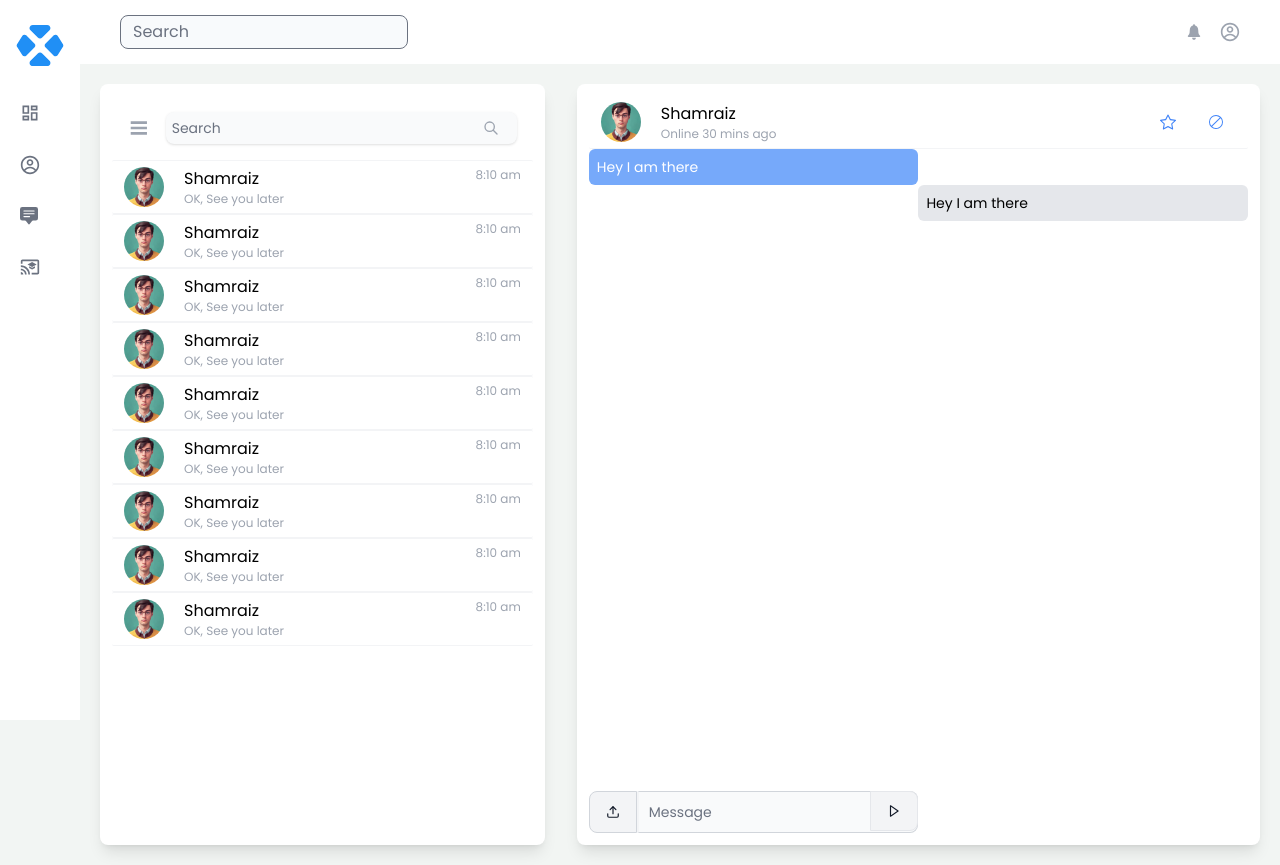
Repository: Shamraiz761/Frontend-Assessment
Page: /chat
An editor plug-in stored every save of this project. The page is shown before and after the next save, followed by the edit.
The browser window is 1280 px wide. The pictures show the whole page.
The project was rebuilt for these pictures with package versions that can differ from the ones it lists, and the page was loaded fresh each time. Also part of the build but not shown: vite.config.js, src/routes/root.jsx, src/pages/orders/index.jsx, src/pages/submission/index.jsx, src/pages/admin/index.css, src/components/admin/card.jsx, src/components/admin/addCard.jsx, src/pages/admin/index.jsx and 3 more. Imported but missing from the stored project, and not drawn on this page: src/pages/auth/login, src/pages/tasks, src/routes/profileLayout.

Above is the page before, as saved 2023-06-16 11:52:25.

### src/main.jsx
import ReactDOM from 'react-dom/client'

import React from 'react'

import App from './App.jsx'
import './index.css'

ReactDOM.createRoot(document.getElementById('root')).render(
  <React.StrictMode>
    <App />
  </React.StrictMode>,
)

### src/App.jsx
import React from 'react'
import { DndProvider } from 'react-dnd'
import { HTML5Backend } from 'react-dnd-html5-backend'
import 'flowbite'

import AppRoutes from './routes'

export default function App() {
  return (
    <DndProvider backend={HTML5Backend}>
      <AppRoutes />
    </DndProvider>
  )
}

### src/index.css
@import url("https://fonts.googleapis.com/css2?family=Poppins:wght@400;500;600;700;800;900&display=swap");

@tailwind base;
@tailwind components;
@tailwind utilities;

* {
  margin: 0;
  padding: 0;
}

body {
  margin: 0;
  font-family: "Poppins", -apple-system, BlinkMacSystemFont, "Segoe UI",
    "Roboto", "Oxygen", "Ubuntu", "Cantarell", "Fira Sans", "Droid Sans",
    "Helvetica Neue", sans-serif;
  -webkit-font-smoothing: antialiased;
  -moz-osx-font-smoothing: grayscale;
  width: 100vw;
  overflow-x: hidden;
  background-color: #f2f5f3;
  /* background: linear-gradient(180deg, #faefe8 0%, #edc7ac 100%); */
}

code {
  font-family: source-code-pro, Menlo, Monaco, Consolas, "Courier New",
    monospace;
}

.pointer-cursor {
  cursor: pointer;
}

.cusBorder {
  border: 1px solid #000;
  border-radius: 5px;
}

img {
  cursor: pointer;
}
.errors {
  color: #dc3545;
  padding: 0;
  margin: 0;
  font-size: 12px;
}
.loader {
  position: fixed;
  top: 0;
  bottom: 0;
  left: 0;
  right: 0;
  background-color: rgba(47, 151, 161, 0.32);

  display: flex;
  justify-content: center;
  align-items: center;
}

.link {
  color: #000;
  cursor: pointer;
  text-decoration: none;
}
.link:hover {
  color: #000;
}

.trans-btn {
  background-color: transparent;
  border: none;
}
.profile-logout-btn {
  border: 0;
}
.profile-logout-btn:hover {
  border: 0;
}
.profile-btn {
  border-radius: 0;
  border: 0;
}
.logout-btn {
  border-radius: 0;
  border: 0;
}
.logout-btn:hover {
  background-color: rgba(220, 53, 69, 0.5);
  border: 0;
  color: #fff;
}
.breadcrumbs ul {
  list-style: none;
  display: inline-block;
}

.breadcrumbs ul li {
  display: inline;
}

.breadcrumbs ul li .bc-link {
  /* display: block; */
  width: max-content;
  background-color: #f8f9fa;
  padding: 6px 15px 6px 25px;
  text-align: center;
  position: relative;
  margin: 0 10px 0 0;
  font-size: 15px;
  text-decoration: none;
  color: #000;
}
.breadcrumbs ul li .bc-link::after {
  content: "";
  border-top: 17px solid transparent;
  border-bottom: 17px solid transparent;
  border-left: 17px solid #f8f9fa;
  position: absolute;
  top: 0;
  right: -17px;
  z-index: 1;
}
.breadcrumbs ul li .bc-link::before {
  content: "";
  border-top: 17px solid transparent;
  border-bottom: 17px solid transparent;
  border-left: 17px solid #71cdd5;
  position: absolute;
  top: 0;
  left: 0;
}
.breadcrumbs ul li:first-child .bc-link {
  border-top-left-radius: 5px;
  border-bottom-left-radius: 5px;
}
.breadcrumbs ul li:first-child .bc-link::before {
  display: none;
}

.breadcrumbs ul li:last-child .bc-link {
  padding-right: 20px;
  border-top-right-radius: 5px;
  border-bottom-right-radius: 5px;
}
.breadcrumbs ul li:last-child .bc-link::after {
  display: none;
}

@media screen and (max-width: 500px) {
  .breadcrumbs ul li .bc-link {
    /* display: block; */
    padding: 2px 2px 2px 13px;
    /* margin: 0 10px 0 0; */
    font-size: 14px;
  }

  .breadcrumbs ul li .bc-link::after {
    content: "";
    border-top: 11.6px solid transparent;
    border-bottom: 11.6px solid transparent;
    border-left: 11.6px solid #f8f9fa;
    position: absolute;
    top: 0;
    right: -11.6px;
    z-index: 1;
  }
  .breadcrumbs ul li .bc-link::before {
    content: "";
    border-top: 11.6px solid transparent;
    border-bottom: 11.6px solid transparent;
    border-left: 11.6px solid #71cdd5;
    position: absolute;
    top: 0;
    left: 0;
  }
  .breadcrumbs ul li:last-child .bc-link {
    padding-right: 5px;
  }
}

@media screen and (max-width: 350px) {
  .breadcrumbs ul li .bc-link {
    /* display: block; */
    padding: 2px 2px 2px 12px;
    /* margin: 0 10px 0 0; */
    font-size: 10px;
  }

  .breadcrumbs ul li .bc-link::after {
    content: "";
    border-top: 9px solid transparent;
    border-bottom: 9px solid transparent;
    border-left: 9px solid #f8f9fa;
    position: absolute;
    top: 0;
    right: -9px;
    z-index: 1;
  }
  .breadcrumbs ul li .bc-link::before {
    content: "";
    border-top: 9px solid transparent;
    border-bottom: 9px solid transparent;
    border-left: 9px solid #edc7ac;
    position: absolute;
    top: 0;
    left: 0;
  }
  .breadcrumbs ul li:last-child .bc-link {
    padding-right: 5px;
  }
}

/* ********************************************** */

### src/routes/index.jsx
import {
  createBrowserRouter,
  createRoutesFromElements,
  RouterProvider,
  Route,
} from "react-router-dom";

import * as React from "react";

import Layout from "./layout";
import Root from "./root";

import Login from "../pages/auth/login";
import Chat from "../pages/chat";
import UserChat from "../components/chat/userChat";
import ProfileLayout from "./profileLayout";
import Tasks from "../pages/tasks";
import Orders from "../pages/orders";
import Submission from "../pages/submission";
import Admin from "../pages/admin";
import MarketPlace from "../pages/marketplace";
import View from "../pages/view";

export default function AppRoutes() {
  const router = createBrowserRouter(
    createRoutesFromElements(
      <Route>
        <Route path="/login" element={<Login />} />

        <Route element={<Layout />}>
          <Route path="/chat" element={<Chat />}>
            <Route path="userchat" element={<UserChat />} />
          </Route>
          <Route path="/marketplace" element={<MarketPlace />} />
          <Route path="/view" element={<View />} />

          <Route path={"/"} element={<ProfileLayout />}>
            {/* Add Task order payment submit route here */}
            <Route path="/admin" element={<Admin />} />
            <Route path="/" element={<Tasks />} />
            <Route path="/orders" element={<Orders />} />
            <Route path="/tasks" element={<Tasks />} />
            <Route path="/submission" element={<Submission />} />
          </Route>
        </Route>
      </Route>
    )
  );

  return <RouterProvider router={router} />;
}

### src/routes/layout.jsx
import { Link, Outlet, useNavigate } from "react-router-dom";
import { Gi3DGlasses } from "react-icons/gi";
import { CgProfile } from "react-icons/cg";
import { BsArrowLeft, BsFillChatSquareTextFill } from "react-icons/bs";
import { MdOutlineDashboard, MdOutlineCastForEducation } from "react-icons/md";
import "./index.css";

import React, { useState } from "react";
import Header from "../components/header/index";

export default function Layout() {
  const [open, setOpen] = useState(false);
  const [type, setType] = useState(false);
  const navigate = useNavigate();
  return (
    <div>
      <div
        className={`h-screen bg-white p-3 ${
          open ? "w-56" : "w-20"
        } fixed top-0 sidebar z-50`}
      >
        <div className="flex flex-row justify-center">
          <svg
            width="67"
            height="67"
            viewBox="0 0 67 67"
            fill="none"
            xmlns="http://www.w3.org/2000/svg"
            className={` text-4xl block float-left cursor-pointer rounded transition duration-500 ${
              !open && "rotate-[360deg]"
            }`}
            onClick={() => {
              setOpen(!open);
              setType(false);
            }}
          >
            <path
              d="M22.138 15.2984L30.8759 24.0363C32.3276 25.488 34.7005 25.488 36.1522 24.0363L44.8901 15.2984C47.2351 12.9534 45.588 8.90552 42.238 8.90552H24.7622C21.4401 8.90552 19.7651 12.9534 22.138 15.2984Z"
              fill="#208FF5"
            />
            <path
              d="M22.138 51.7017L30.8759 42.9637C32.3276 41.5121 34.7005 41.5121 36.1522 42.9637L44.8901 51.7017C47.2351 54.0467 45.588 58.0946 42.238 58.0946H24.7622C21.4401 58.0946 19.7651 54.0467 22.138 51.7017Z"
              fill="#208FF5"
            />
            <path
              d="M6.03002 31.9088L12.423 21.8588C13.428 20.2676 15.6614 20.0163 17.0014 21.3563L27.0514 31.4063C28.1959 32.5509 28.1959 34.4213 27.0514 35.5659L17.0014 45.6159C15.6614 46.9559 13.456 46.7047 12.423 45.1134L6.03002 35.0634C5.44377 34.1142 5.44377 32.8859 6.03002 31.9088Z"
              fill="#208FF5"
            />
            <path
              d="M60.9701 31.9088L54.5771 21.8588C53.5721 20.2676 51.3387 20.0163 49.9987 21.3563L39.9488 31.4063C38.8042 32.5509 38.8042 34.4213 39.9488 35.5659L49.9987 45.6159C51.3387 46.9559 53.5442 46.7047 54.5771 45.1134L60.9701 35.0634C61.5563 34.1142 61.5563 32.8859 60.9701 31.9088Z"
              fill="#208FF5"
            />
          </svg>
        </div>

        {/* Search */}

        <ul className="pt-2">
          {/* Dashboard */}
          <Link
            to="/marketplace"
            className={` rounded-md text-gray-500  text-xs flex items-center gap-x-4 cursor-pointer hover:bg-gray-50 hover:text-blue-500 py-4 p-2`}
          >
            <span className="text-xl block float-left">
              <MdOutlineDashboard />
            </span>
            <span
              className={` text-sm font-md flex-1 hidden-link ${
                !open && "hidden"
              }`}
            >
              Marketplace
            </span>
          </Link>

          <Link
            className={` rounded-md text-gray-500  text-xs flex items-center gap-x-4 cursor-pointer hover:bg-gray-50 hover:text-blue-500 py-4 p-2`}
            to="/"
          >
            <span className="text-xl block float-left">
              <CgProfile />
            </span>
            <span
              className={` text-xs font-md flex-1 hidden-link ${
                !open && "hidden"
              }`}
            >
              Profile
            </span>
          </Link>

          {/* Lens */}
          <Link
            className={` rounded-md text-gray-500  text-xs flex items-center gap-x-4 cursor-pointer hover:bg-gray-50 hover:text-blue-500 py-4 p-2`}
            to="/chat"
          >
            <span className="text-lg block float-left">
              <BsFillChatSquareTextFill />
            </span>
            <span
              className={` text-xs font-md flex-1  hidden-link ${
                !open && "hidden"
              }`}
            >
              Chat
            </span>
          </Link>

          {/* Orders */}
          <Link
            className={` rounded-md text-gray-500  text-xs flex items-center gap-x-4 cursor-pointer hover:bg-gray-50 hover:text-blue-500 py-4 p-2`}
            to="/education"
          >
            <span className="text-xl block float-left">
              <MdOutlineCastForEducation />
            </span>
            <span
              className={` text-xs font-md flex-1  hidden-link ${
                !open && "hidden"
              }`}
            >
              Education
            </span>
          </Link>
        </ul>
      </div>
      <div className={`${open ? "ml-56" : "ml-20"}`}>
        <Header />
        <Outlet />
      </div>
    </div>
  );
}

### src/pages/chat/index.jsx
import { VscThreeBars } from "react-icons/vsc";

import React from "react";

import UserChat from "../../components/chat/userChat";
import ChatsCard from "../../components/chat/chatsCard";

function Chat() {
  return (
    <div className="m-5 grid grid-cols-1 md:grid-cols-5  gap-8 flex-wrap">
      <div className="col-span-1 md:col-span-2 p-3 bg-white rounded-lg shadow-lg min-h-screen">
        <form className="m-4">
          <div className="flex items-center">
            <VscThreeBars className=" mr-4   rounded-lg text-gray-400 cursor-pointer text-2xl" />
            <div className="relative w-full  ">
              <input
                type="search"
                id='location-search"'
                className=" p-1.5 w-full focus:ring-gray-300  z-20 text-sm text-gray-200 bg-gray-50 shadow rounded-lg"
                placeholder="Search"
                required
                style={{ border: "none", outline: "none" }}
              />

              <button
                type="submit"
                className="absolute top-0 right-0 p-1.5 text-sm font-medium text-gray-400  rounded-r-lg   "
              >
                <svg
                  aria-hidden="true"
                  className="w-4 h-4 mr-3 mt-0.5"
                  fill="none"
                  stroke="currentColor"
                  viewBox="0 0 24 24"
                  xmlns="http://www.w3.org/2000/svg"
                >
                  <path
                    strokeLinecap="round"
                    strokeLinejoin="round"
                    strokeWidth={2}
                    d="M21 21l-6-6m2-5a7 7 0 11-14 0 7 7 0 0114 0z"
                  />
                </svg>
                <span className="sr-only">Search</span>
              </button>
            </div>
          </div>
        </form>
        <ChatsCard />
        <ChatsCard />
        <ChatsCard />
        <ChatsCard />
        <ChatsCard />
        <ChatsCard />
        <ChatsCard />
        <ChatsCard />
        <ChatsCard />
      </div>

      <UserChat />
    </div>
  );
}

export default Chat;

### src/components/chat/userChat.jsx
import { VscCircleSlash } from "react-icons/vsc";
import { BsStar } from "react-icons/bs";
import { FiUpload } from "react-icons/fi";
import { BiRightArrow } from "react-icons/bi";

import React from "react";

import Profile from "../../assets/images/profilePic.jpg";

function UserChat() {
  return (
    <div className="col-span-1 md:col-span-3 p-3  bg-white rounded-lg shadow-lg overflow-y">
      {" "}
      <div className="flex flex-row  px-3 py-1.5  border-b border-gray-100 rounded-sm ">
        <img src={Profile} className="h-10 w-10 rounded-full" />
        <div className="ml-5 flex flex-row justify-between w-full ">
          <div>
            {" "}
            <h1>Shamraiz</h1>{" "}
            <p className="text-xs font-thin text-gray-400">
              Online 30 mins ago
            </p>
          </div>
          <div className="flex flex-row items-center">
            <BsStar className="text-blue-500 mr-8" />
            <VscCircleSlash className="text-blue-500 mr-3" />
          </div>
        </div>
      </div>
      <div className="chats ">
        <p className="text-sm bg-blue-400 rounded-md p-2 text-white flex flex-col  justify-end w-1/2">
          Hey I am there
        </p>

        <p className="text-sm bg-gray-200 rounded-md p-2  flex flex-col float-right justify-end w-1/2">
          Hey I am there
        </p>
      </div>
      <div className="flex flex-col  justify-end " style={{ height: "90vh" }}>
        <form className="w-full ">
          <div className="flex">
            <button
              id="dropdown-button"
              data-dropdown-toggle="dropdown"
              className="flex-shrink-0 z-10 inline-flex items-center py-2.5 px-4 text-sm font-medium text-center text-gray-900 bg-gray-100 border border-gray-300 dark:border-gray-700 dark:text-white rounded-l-lg hover:bg-gray-200  focus:outline-none "
              type="button"
            >
              <FiUpload />
            </button>
            <div
              id="dropdown"
              className="z-10 hidden bg-white divide-y divide-gray-100 rounded-lg shadow w-44 dark:bg-gray-700"
            >
              <ul
                className="py-2 text-sm text-gray-700 dark:text-gray-200"
                aria-labelledby="dropdown-button"
              >
                <li>
                  <a
                    href="#"
                    className="block px-4 py-2 hover:bg-gray-100 dark:hover:bg-gray-600 dark:hover:text-white"
                  >
                    Photo
                  </a>
                </li>
                <li>
                  <a
                    href="#"
                    className="block px-4 py-2 hover:bg-gray-100 dark:hover:bg-gray-600 dark:hover:text-white"
                  >
                    Vedio
                  </a>
                </li>
                <li>
                  <a
                    href="#"
                    className="block px-4 py-2 hover:bg-gray-100 dark:hover:bg-gray-600 dark:hover:text-white"
                  >
                    Document
                  </a>
                </li>
                <li>
                  <a
                    href="#"
                    className="block px-4 py-2 hover:bg-gray-100 dark:hover:bg-gray-600 dark:hover:text-white"
                  >
                    Finance
                  </a>
                </li>
              </ul>
            </div>
            <div className="relative w-full">
              <input
                type="search"
                id="search-dropdown"
                className="block p-2.5 w-full z-20 text-sm text-gray-900 bg-gray-50 rounded-r-lg border-l-gray-100 border-l-2 border border-gray-300 focus:ring-blue-500 focus:border-blue-500 dark:bg-gray-700 dark:border-gray-600 dark:placeholder-gray-400 dark:text-white dark:focus:border-blue-500"
                placeholder="Message"
              />
              <button
                type="submit"
                className="absolute top-0 right-0 z-10 py-3 px-4 text-sm font-medium text-gray-900 bg-gray-100 rounded-r-lg border "
              >
                <BiRightArrow />
              </button>
            </div>
          </div>
        </form>
      </div>
    </div>
  );
}

export default UserChat;

### src/routes/index.css
.sidebar {
    transition: all 0.2s ease-in;
}
.hidden-link {
    transition: all 1s ease-in;
}

### src/components/header/index.jsx
import { IoIosNotifications } from "react-icons/io";

import React from "react";
import { CgProfile } from "react-icons/cg";

function Header() {
  return (
    <div>
      {/* component */}
      <nav className=" bg-white w-full flex relative justify-between items-center mx-auto px-8 py-4 h-16">
        {/* search bar */}
        <div className="hidden sm:block flex-shrink flex-grow-0 justify-start px-2">
          <div className="inline-block">
            <div className="inline-flex items-center max-w-full">
              <input
                className="flex items-center text-gray-400 bg-slate-50 justify-between  flex-grow-0  relative w-72 border rounded-lg  py-1"
                type="search"
                placeholder="Search"
              />

              <div className="flex items-center justify-center relative  h-8 w-24 rounded-full"></div>
            </div>
          </div>
        </div>

        <div className="flex-initial">
          <div className="flex justify-end items-center relative">
            <div className="block">
              <div className="inline relative sm:flex sm:flex-row sm:justify-center">
                <button
                  type="button"
                  className="inline-flex items-center relative px-2  rounded-full hover:shadow-lg"
                >
                  <IoIosNotifications className="text-gray-400 text-xl" />
                </button>
                <button
                  type="button"
                  className="inline-flex items-center relative px-2  rounded-full hover:shadow-lg"
                >
                  <CgProfile className="text-gray-400 text-xl" />
                </button>
              </div>
            </div>
          </div>
        </div>
        {/* end login */}
      </nav>
    </div>
  );
}

export default Header;

### src/components/chat/chatsCard.jsx
import React from "react";

import Profile from "../../assets/images/profilePic.jpg";

function ChatsCard() {
  return (
    <div className="flex flex-row px-3 py-1.5  border-y border-gray-100 rounded-sm hover:bg-blue-200">
      <img src={Profile} className="h-10 w-10 rounded-full" />
      <div className="ml-5 flex flex-row justify-between w-full ">
        <div>
          {" "}
          <h1>Shamraiz</h1>{" "}
          <p className="text-xs font-thin text-gray-400">OK, See you later</p>
        </div>
        <p className="text-xs font-thin text-gray-400">8:10 am</p>
      </div>
    </div>
  );
}

export default ChatsCard;

### tailwind.config.cjs
const colors = require('tailwindcss/colors');
const defaultTheme = require('tailwindcss/defaultTheme');

module.exports = {
  content: ['./src/**/*.{js,jsx,ts,tsx}', "node_modules/flowbite/**/*.js"],
  theme: {
    extend: {
      colors: {
        // set primary color from figma
        // primary: {
        // },
      },
      fontFamily: {
        poppins: ['Poppins', ...defaultTheme.fontFamily.sans],
      },
      fontSize: {
        xxs: '0.5rem',
      },
    },
  },
  plugins: [
    require('flowbite/plugin')
  ],

};

Loaded but not shown: index.html (common file)

After the next save:
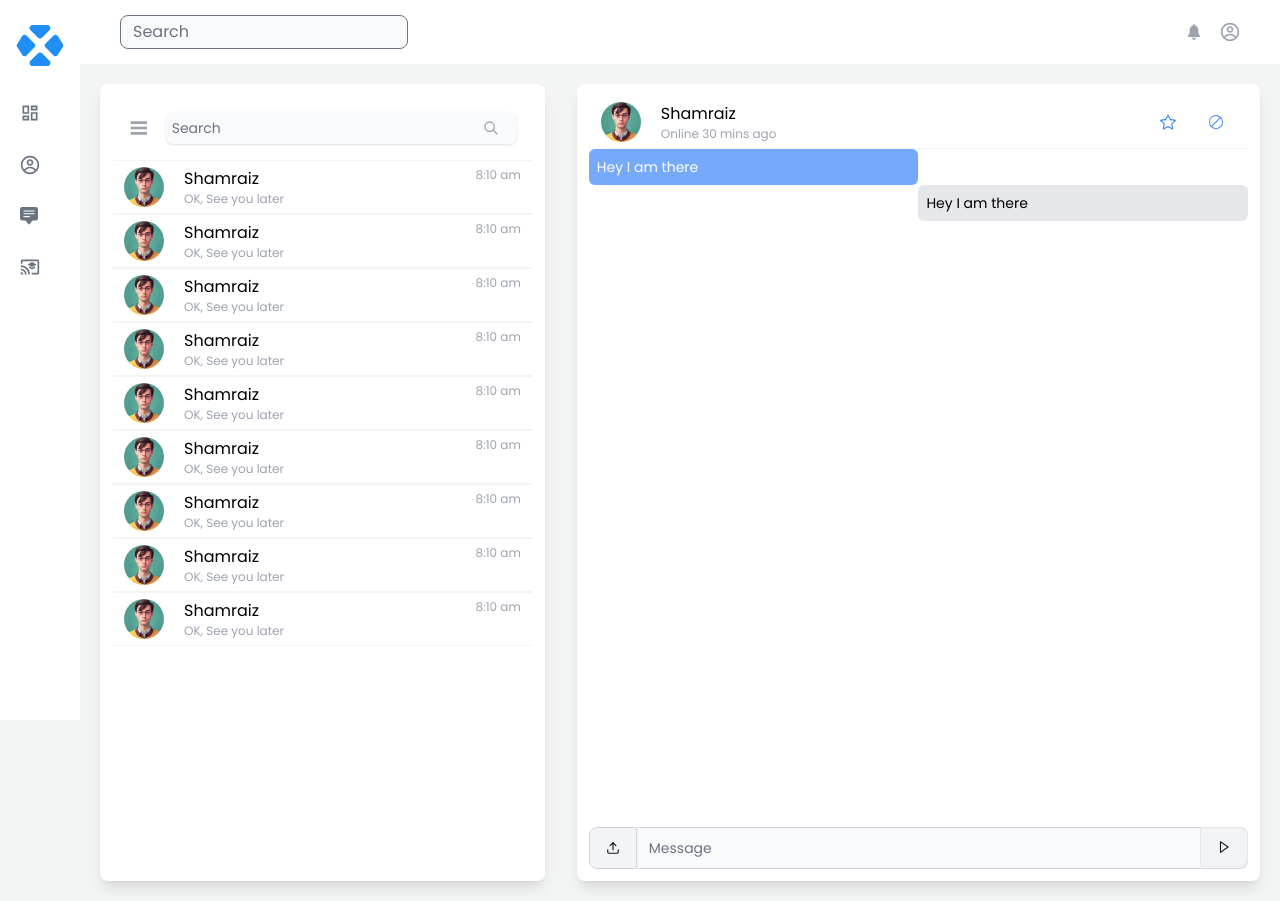
Saved 27 s later.
--- a/src/components/chat/userChat.jsx
+++ b/src/components/chat/userChat.jsx
@@ -36,7 +36,10 @@ function UserChat() {
           Hey I am there
         </p>
       </div>
-      <div className="flex flex-col  justify-end " style={{ height: "90vh" }}>
+      <div
+        className="flex flex-col w-full  justify-end "
+        style={{ height: "90vh" }}
+      >
         <form className="w-full ">
           <div className="flex">
             <button
